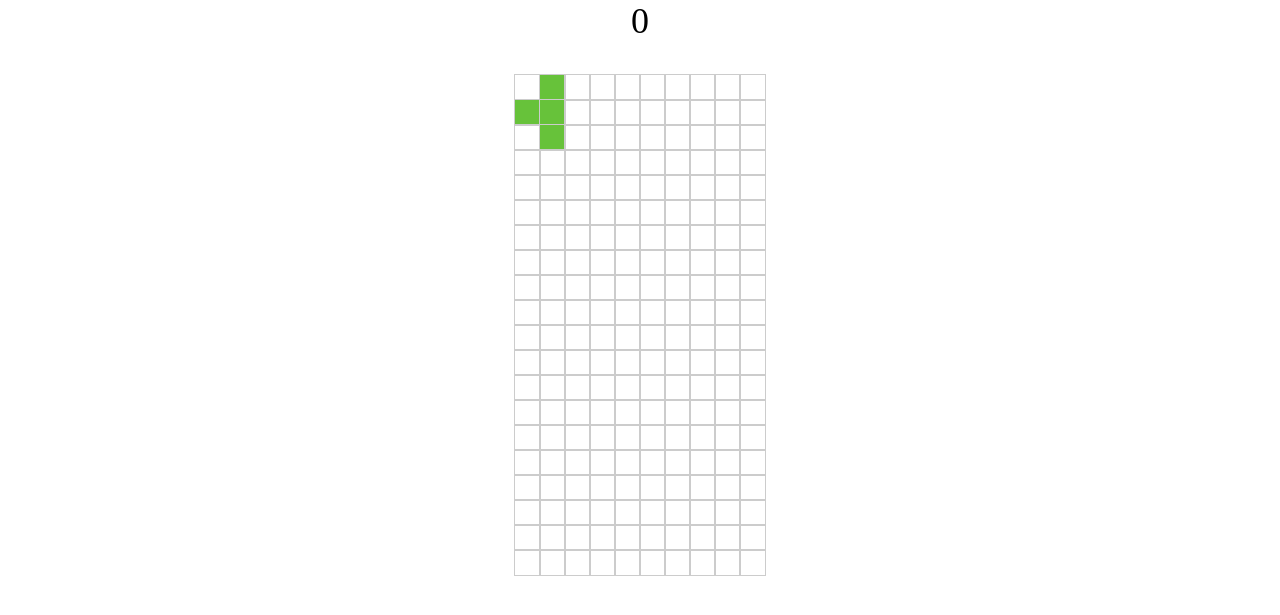
Repository: chlwpdnswku/tetris
Page: index.html
The author's editor kept a copy of each file at every save. The page is drawn from the files as they stood at one save, then again after the next save.
The browser window is 1280 px wide. The pictures show the whole page.

Above is the page before, as saved 2022-12-12 02:25:46.

### index.html
<!DOCTYPE html>
<html lang="en">

<head>
    <meta charset="UTF-8">
    <meta http-equiv="X-UA-Compatible" content="IE=edge">
    <meta name="viewport" content="width=device-width, initial-scale=1.0">
    <link rel="stylesheet" href="style.css">
    <title>Document</title>

</head>

<body>
    <div class="wrapper">
        <div class="score">0</div>
        <div class="playground">
            <!-- ul  -->
            <ul></ul>
        </div>

    </div>

    <script src="script.js"></script>
</body>

</html>

### style.css
* {
  margin: 0;
  padding: 0;
}
ul {
  list-style: none;
}
body {
  height: 100%;
  overflow: hidden;
}
.score {
  text-align: center;
  font-size: 36px;
  margin-bottom: 2rem;
}
.playground > ul {
  border: 1px solid #333;
  width: 250px;
  margin: 0 auto;
}
.playground > ul > li {
  width: 100%;
  height: 25%;
}

.playground > ul > li > ul {
  display: flex;
}
.playground > ul > li > ul > li {
  width: 25px;
  height: 25px;
  outline: 1px solid #ccc;
}
.tree {
  background: #67c23a;
}

### script.js
// DOM element
const playground = document.querySelector('.playground > ul');

// console.log(playground);

// setting
const GAME_ROWS = 20;
const GAME_COLS = 10;

// variables
let score = 0;
let duration = 500;
let downInterval;
let tempMovingItem;

// 좌료를 바꾸면 모양이 바뀐다.
const BLOCKS = {
  tree: [
    [
      [2, 1],
      [0, 1],
      [1, 0],
      [1, 1],
    ],
    [
      [1, 2],
      [0, 1],
      [1, 0],
      [1, 1],
    ],
    [
      [0, 1],
      [1, 1],
      [1, 0],
      [1, 1],
    ],
    [
      [0, 1],
      [1, 1],
      [1, 0],
      [1, 1],
    ],
  ],
};

const movingItem = {
  type: 'tree',
  direction: 1,
  top: 0,
  left: 0,
};

// functions

init();
// 맨처음 시작하는 함수 10개의 20개의 줄을 저장
function init() {
  // 값만 가져와서 넣어줌
  tempMovingItem = { ...movingItem };
  //   movingItem.left = 3;
  //   console.log(tempMovingItem);
  for (let i = 0; i < GAME_ROWS; i++) {
    prependNewLine();
  }
  renderBlocks();
}

//
function prependNewLine() {
  const li = document.createElement('li');
  const ul = document.createElement('ul');

  for (let j = 0; j < GAME_COLS; j++) {
    const matrix = document.createElement('li');
    // ul -> li
    ul.prepend(matrix);
  }
  li.prepend(ul);
  playground.prepend(li);
}

function renderBlocks() {
  const { type, direction, top, left } = tempMovingItem;
  //   console.log(BLOCKS[type][direction]);

  const movingBlocks = document.querySelectorAll('.moving');

  //   4개의 무빙이 찍힘
  movingBlocks.forEach((moving) => {
    // 이러면 css에의해서 트리 클래스가없는 애들은 빈값이됨
    moving.classList.remove(type, 'moving');
    // console.log(moving);
  });

  // 즉 forEach 문으로
  BLOCKS[type][direction].forEach((block) => {
    const x = block[0] + left;
    const y = block[1] + top;
    // console.log({ playground });
    // ul안에 chileNodes ->이 렇게 가는거임 0번은 li임
    // target은 tree 클래스 부여 즉 tree를  class를 줘서 css 를 변경?
    const target = playground.childNodes[y]
      ? playground.childNodes[y].childNodes[0].childNodes[x]
      : null;

    const isAvailable = checkEmpty(target);
    // console.log(target);
    // 여기가 보여주는거네
    // 가능한 상태이면?
    if (isAvailable) {
      target.classList.add(type, 'moving');
    } else {
      // 원상복구 시키고 재귀함수를 호출할거임 ! 좌표를 원상태로 하고 부르기
      tempMovingItem = { ...movingItem };
      //   이벤트가 전부 실행이되고 스택을 집어넣는용도 무한스텍이 불러주는 용도 막기!
      setTimeout(() => {
        renderBlocks();
        if (moveType === 'top') {
          seizeBlock();
        }
      }, 0);
      //   renderBlocks();
    }
  });
  movingItem.left = left;
  movingItem.top = top;
  movingItem.direction = direction;
  //   console.log(type, direction, top, left);
}

// 밑으로 떨어질 때에 블록 고정 함수 호출
function seizeBlock() {
  console.log('seize block');
}

function checkEmpty(target) {
  if (!target) {
    return false;
  }
  return true;
}

// 인자들을 받고
function moveBlock(moveType, amount) {
  // left를 바꿔줌 이게 증가함에 따라 움직임 하지만 색칠이됨 이동하고
  // 남은 클래스 부분들을삭제를해야됨
  tempMovingItem[moveType] += amount;
  renderBlocks();
}

// 이벤트 핸들링 키를 움직이면 이벤트 객체가 생김 keyCode를 이용해서 각각의 함수를 실행을 시킬거임
document.addEventListener('keydown', (e) => {
  switch (e.keyCode) {
    case 39:
      moveBlock('left', 1);
      break;
    case 37:
      moveBlock('left', -1);
      break;
    case 40:
      moveBlock('top', 1);
      break;
    default:
      break;
  }
  //   console.log(e);
});

//  아래 밑에를 벗어나거나 엘리먼트를 넘어갈때 ? 에러처리 를 해줌
// childNodes[y]가 넘어갈때 target변수가 없을경우 처리해주는 방법

After the next save:
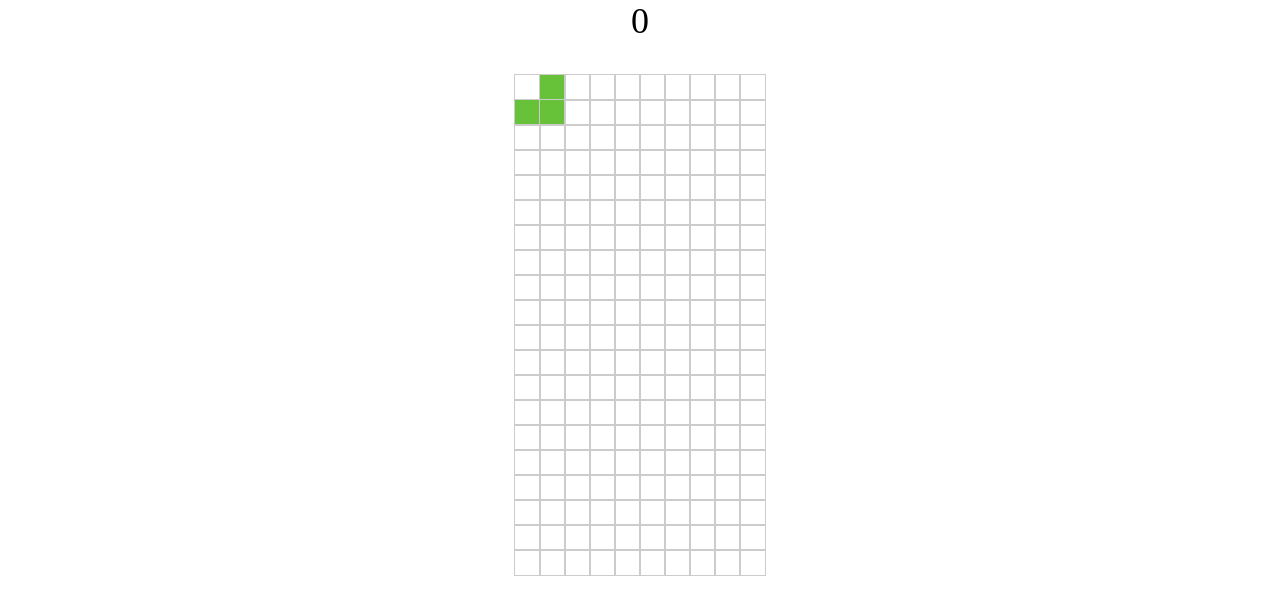
Saved 9 s later.
--- a/script.js
+++ b/script.js
@@ -45,7 +45,7 @@ const BLOCKS = {
 
 const movingItem = {
   type: 'tree',
-  direction: 1,
+  direction: 2,
   top: 0,
   left: 0,
 };
